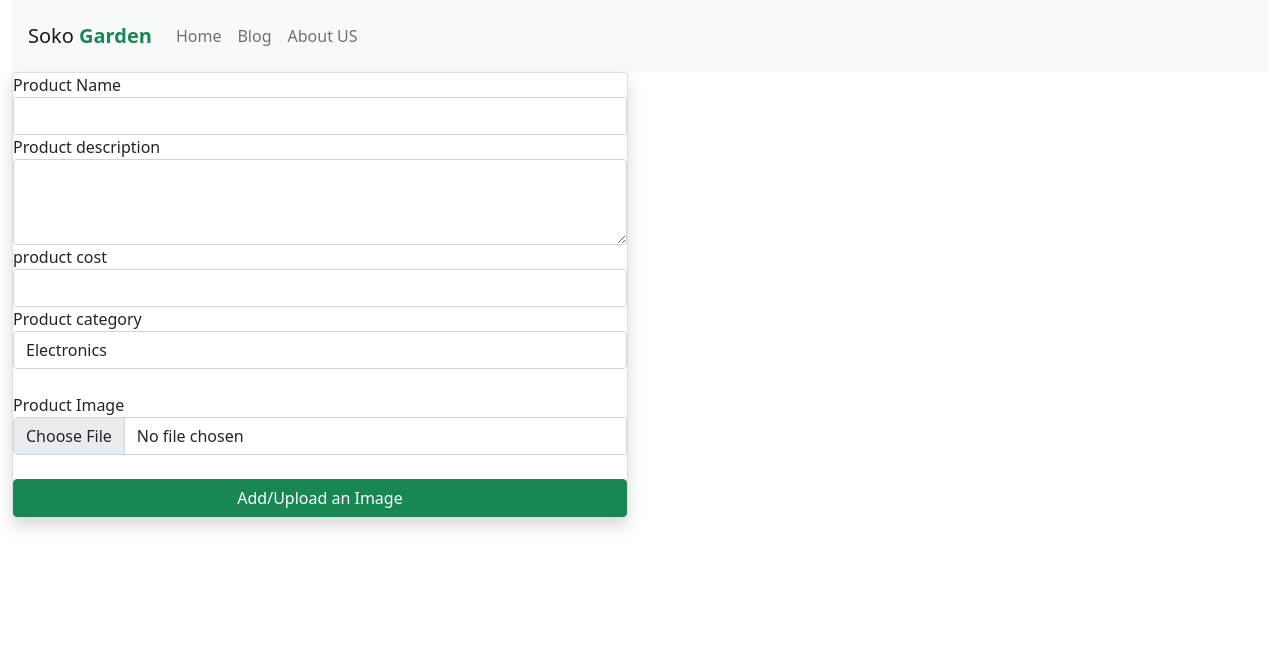
Repository: shanicenaliakanyongesa/Shanice
Page: http://localhost/upload
These files come from the project's save history. The page is drawn as it stood at one moment and after the next save; the edit follows.
The browser window is 1280 px wide. The pictures show the whole page.
The page is served by the project's application, run on Flask 3 (app.py).

Above is the page before, as saved 2024-02-16 15:12:13.

After the next save:
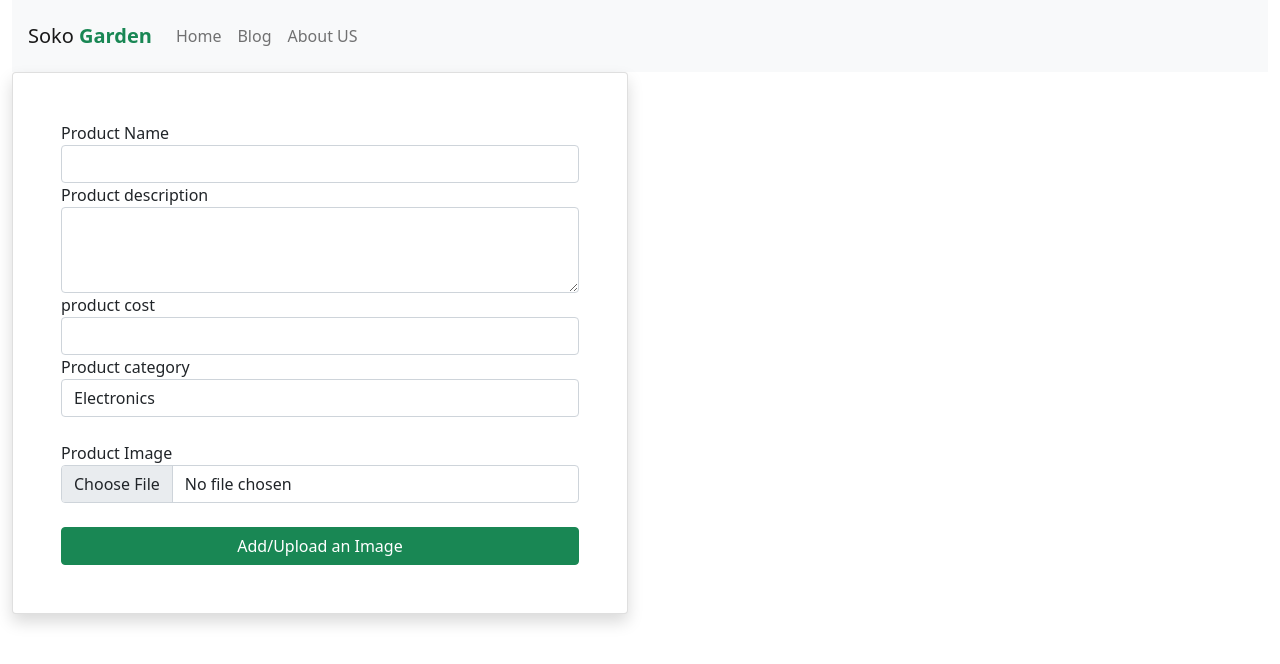
Saved 4 s later.
--- a/Desktop/shaniceflask/templates/upload.html
+++ b/Desktop/shaniceflask/templates/upload.html
@@ -11,7 +11,7 @@
         {% include 'navbar.html' %}
         <section class="row">
             <div class="col-md-6">
-                <div class="card shadow p-">
+                <div class="card shadow p-5">
                     <label for="">Product Name</label>
                     <input type="text" name="product_name" id="" class="form-control" required >
                     <label for="">Product description</label>
